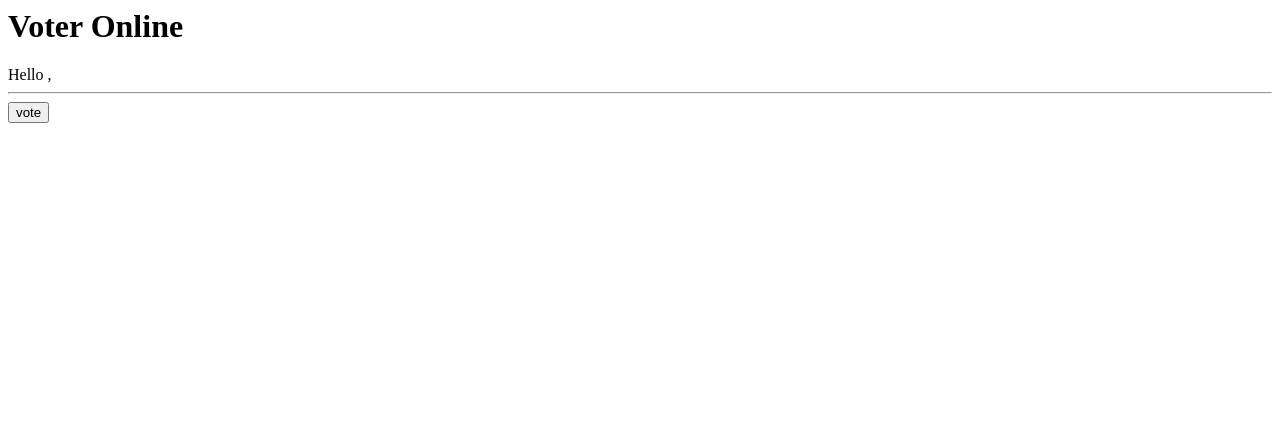
Repository: bhageshchincholi/AdvanceJava
Page: http://localhost/Election/candidateList
An editor plug-in stored every save of this project. The page is shown before and after the next save, followed by the edit.
The browser window is 1280 px wide. The pictures show the whole page.
The page is served by Tomcat 9. Queries for data that is not in the repository find no rows.

Above is the page before, as saved 2024-06-09 12:50:31.

After the next save:
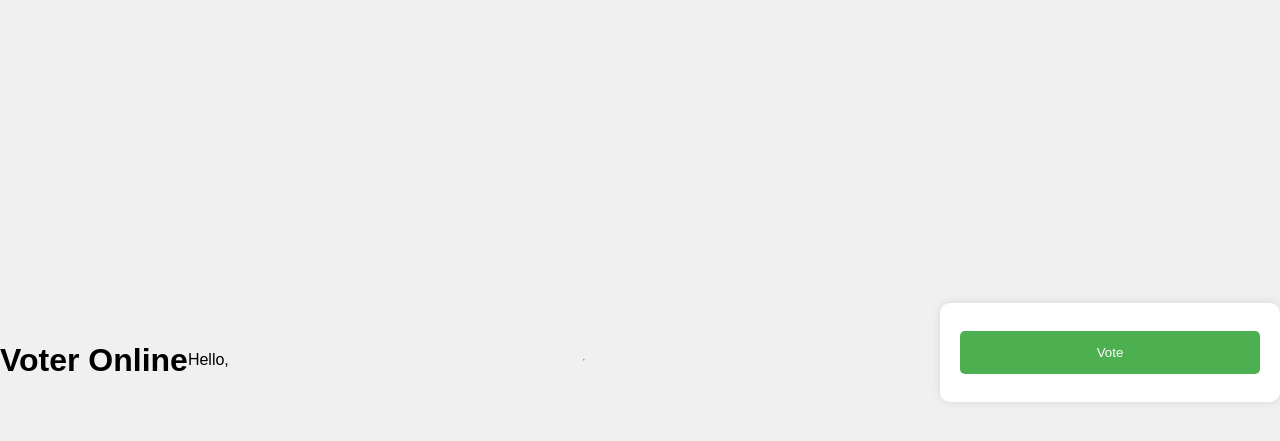
Saved 5 min 7 s later.
--- a/Election/Election/src/main/java/com/election/Servlets/CandidateServlet.java
+++ b/Election/Election/src/main/java/com/election/Servlets/CandidateServlet.java
@@ -43,49 +43,100 @@
 			throw new ServletException(e);
 		}
 
+//		response.setContentType("text/html");
+//		PrintWriter out = response.getWriter();
+//		out.println("<html>");
+//		out.println("<head>");
+//		out.println("<title>Candidate List</title>");
+//		out.println("</head>");
+//		out.println("<body>");
+////		out.println("<h1>Online Voting</h1>");
+//
+//		ServletContext serv1 = this.getServletContext();
+//		// Here AppTitle will come on web.xml
+//		String appTitle = serv1.getInitParameter("AppTitle");
+//		out.printf("<h1>%s</h1>",appTitle);
+//
+//		String username = "";
+//		Cookie[] arr = request.getCookies();
+//		if(arr != null)
+//		{
+//			for(Cookie c : arr)
+//			{
+//				if(c.getName().equals("uname"))
+//				{
+//					username = c.getValue();
+//					break;
+//				}
+//			}
+//		}
+//
+//		out.printf("Hello , %s<hr/>\n",username);
+//
+//		ServletContext serv = this.getServletContext();
+//		 String message = (String) serv.getAttribute("announcement");
+//		 if(message != null)
+//			 out.printf("Announcement : %s <br/><br/>\n",message);
+//		out.println("<form method='post' action='vote'>");
+//		for(Candidate c: candidateList)
+//		{
+//			out.printf("<input type = 'radio' name= 'candidate' value='%d'/> %s (%s) <br/> \n",c.getId(), c.getName(), c.getParty());
+//		}
+//		out.println("<input type='submit' value='vote'/>");
+//		out.println("</form>");
+//		out.println("</body>");
+//		out.println("</html>");
+
 		response.setContentType("text/html");
 		PrintWriter out = response.getWriter();
 		out.println("<html>");
 		out.println("<head>");
 		out.println("<title>Candidate List</title>");
+		out.println("<style>");
+		out.println("body { margin: 0; display: flex; justify-content: center; align-items: center; height: 100vh; background-color: #f0f0f0; font-family: Arial, sans-serif; }");
+		out.println("form { background-color: #ffffff; padding: 20px; border-radius: 10px; box-shadow: 0 0 10px rgba(0, 0, 0, 0.1); max-width: 300px; width: 100%; }");
+		out.println("h1 { text-align: center; }");
+		out.println("input[type='radio'] { margin-bottom: 10px; }");
+		out.println("input[type='submit'] { width: 100%; background-color: #4CAF50; color: white; padding: 14px 20px; margin: 8px 0; border: none; border-radius: 5px; cursor: pointer; }");
+		out.println("</style>");
 		out.println("</head>");
 		out.println("<body>");
-//		out.println("<h1>Online Voting</h1>");
 
+		// Get the application title from the context parameter
 		ServletContext serv1 = this.getServletContext();
-		// Here AppTitle will come on web.xml
 		String appTitle = serv1.getInitParameter("AppTitle");
-		out.printf("<h1>%s</h1>",appTitle);
+		out.printf("<h1>%s</h1>", appTitle);
 
+		// Get the username from cookies
 		String username = "";
 		Cookie[] arr = request.getCookies();
-		if(arr != null)
-		{
-			for(Cookie c : arr)
-			{
-				if(c.getName().equals("uname"))
-				{
-					username = c.getValue();
-					break;
-				}
-			}
+		if (arr != null) {
+		    for (Cookie c : arr) {
+		        if (c.getName().equals("uname")) {
+		            username = c.getValue();
+		            break;
+		        }
+		    }
 		}
 
-		out.printf("Hello , %s<hr/>\n",username);
+		out.printf("Hello, %s<hr/>\n", username);
 
-		ServletContext serv = this.getServletContext();
-		 String message = (String) serv.getAttribute("announcement");
-		 if(message != null)
-			 out.printf("Announcement : %s <br/><br/>\n",message);
+		// Get the announcement message from the servlet context
+		String message = (String) serv1.getAttribute("announcement");
+		if (message != null) {
+		    out.printf("Announcement: %s <br/><br/>\n", message);
+		}
+
 		out.println("<form method='post' action='vote'>");
-		for(Candidate c: candidateList)
-		{
-			out.printf("<input type = 'radio' name= 'candidate' value='%d'/> %s (%s) <br/> \n",c.getId(), c.getName(), c.getParty());
+		for (Candidate c : candidateList) {
+		    out.printf("<input type='radio' name='candidate' value='%d'/> %s (%s) <br/>\n", c.getId(), c.getName(), c.getParty());
 		}
-		out.println("<input type='submit' value='vote'/>");
+		out.println("<input type='submit' value='Vote'/>");
 		out.println("</form>");
+
 		out.println("</body>");
 		out.println("</html>");
+
 	}
 
 }

After the 3 saves that followed:
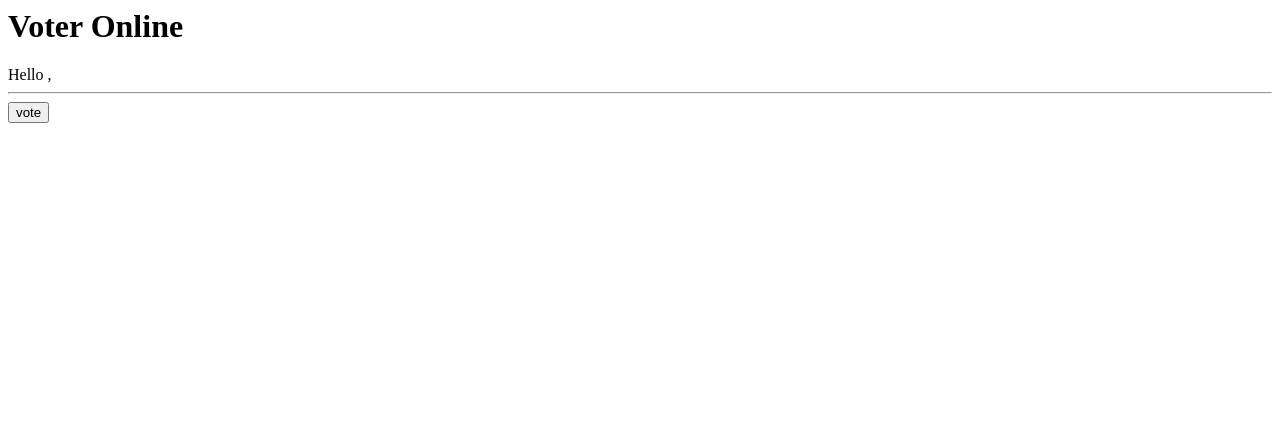
The 3 saves are shown as one change because 2 did not build or start.
The last was saved 5 min 18 s later.
--- a/Election/Election/src/main/java/com/election/Servlets/CandidateServlet.java
+++ b/Election/Election/src/main/java/com/election/Servlets/CandidateServlet.java
@@ -43,100 +43,49 @@
 			throw new ServletException(e);
 		}
 
-//		response.setContentType("text/html");
-//		PrintWriter out = response.getWriter();
-//		out.println("<html>");
-//		out.println("<head>");
-//		out.println("<title>Candidate List</title>");
-//		out.println("</head>");
-//		out.println("<body>");
-////		out.println("<h1>Online Voting</h1>");
-//
-//		ServletContext serv1 = this.getServletContext();
-//		// Here AppTitle will come on web.xml
-//		String appTitle = serv1.getInitParameter("AppTitle");
-//		out.printf("<h1>%s</h1>",appTitle);
-//
-//		String username = "";
-//		Cookie[] arr = request.getCookies();
-//		if(arr != null)
-//		{
-//			for(Cookie c : arr)
-//			{
-//				if(c.getName().equals("uname"))
-//				{
-//					username = c.getValue();
-//					break;
-//				}
-//			}
-//		}
-//
-//		out.printf("Hello , %s<hr/>\n",username);
-//
-//		ServletContext serv = this.getServletContext();
-//		 String message = (String) serv.getAttribute("announcement");
-//		 if(message != null)
-//			 out.printf("Announcement : %s <br/><br/>\n",message);
-//		out.println("<form method='post' action='vote'>");
-//		for(Candidate c: candidateList)
-//		{
-//			out.printf("<input type = 'radio' name= 'candidate' value='%d'/> %s (%s) <br/> \n",c.getId(), c.getName(), c.getParty());
-//		}
-//		out.println("<input type='submit' value='vote'/>");
-//		out.println("</form>");
-//		out.println("</body>");
-//		out.println("</html>");
-
 		response.setContentType("text/html");
 		PrintWriter out = response.getWriter();
 		out.println("<html>");
 		out.println("<head>");
 		out.println("<title>Candidate List</title>");
-		out.println("<style>");
-		out.println("body { margin: 0; display: flex; justify-content: center; align-items: center; height: 100vh; background-color: #f0f0f0; font-family: Arial, sans-serif; }");
-		out.println("form { background-color: #ffffff; padding: 20px; border-radius: 10px; box-shadow: 0 0 10px rgba(0, 0, 0, 0.1); max-width: 300px; width: 100%; }");
-		out.println("h1 { text-align: center; }");
-		out.println("input[type='radio'] { margin-bottom: 10px; }");
-		out.println("input[type='submit'] { width: 100%; background-color: #4CAF50; color: white; padding: 14px 20px; margin: 8px 0; border: none; border-radius: 5px; cursor: pointer; }");
-		out.println("</style>");
 		out.println("</head>");
 		out.println("<body>");
+//		out.println("<h1>Online Voting</h1>");
 
-		// Get the application title from the context parameter
 		ServletContext serv1 = this.getServletContext();
+		// Here AppTitle will come on web.xml
 		String appTitle = serv1.getInitParameter("AppTitle");
-		out.printf("<h1>%s</h1>", appTitle);
+		out.printf("<h1>%s</h1>",appTitle);
 
-		// Get the username from cookies
 		String username = "";
 		Cookie[] arr = request.getCookies();
-		if (arr != null) {
-		    for (Cookie c : arr) {
-		        if (c.getName().equals("uname")) {
-		            username = c.getValue();
-		            break;
-		        }
-		    }
+		if(arr != null)
+		{
+			for(Cookie c : arr)
+			{
+				if(c.getName().equals("uname"))
+				{
+					username = c.getValue();
+					break;
+				}
+			}
 		}
 
-		out.printf("Hello, %s<hr/>\n", username);
+		out.printf("Hello , %s<hr/>\n",username);
 
-		// Get the announcement message from the servlet context
-		String message = (String) serv1.getAttribute("announcement");
-		if (message != null) {
-		    out.printf("Announcement: %s <br/><br/>\n", message);
+		ServletContext serv = this.getServletContext();
+		 String message = (String) serv.getAttribute("announcement");
+		 if(message != null)
+			 out.printf("Announcement : %s <br/><br/>\n",message);
+		out.println("<form method='post' action='vote'>");
+		for(Candidate c: candidateList)
+		{
+			out.printf("<input type = 'radio' name= 'candidate' value='%d'/> %s (%s) <br/> \n",c.getId(), c.getName(), c.getParty());
 		}
-
-		out.println("<form method='post' action='vote'>");
-		for (Candidate c : candidateList) {
-		    out.printf("<input type='radio' name='candidate' value='%d'/> %s (%s) <br/>\n", c.getId(), c.getName(), c.getParty());
-		}
-		out.println("<input type='submit' value='Vote'/>");
+		out.println("<input type='submit' value='vote'/>");
 		out.println("</form>");
-
 		out.println("</body>");
 		out.println("</html>");
 
 	}
-
 }
